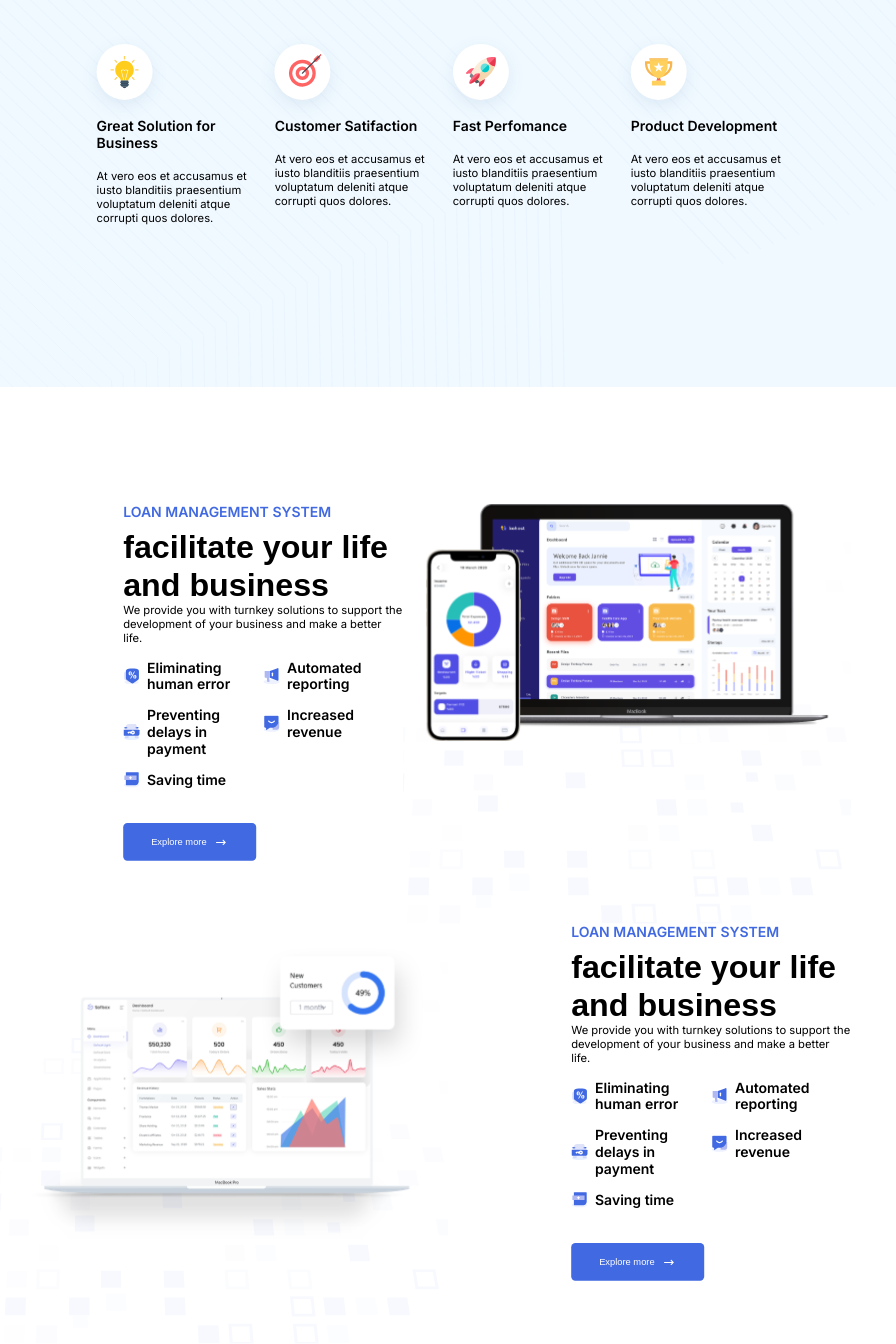
Repository: Chamsmey/static-html-css
Page: index.html
An editor plug-in stored every save of this project. The page is shown before and after the next save, followed by the edit.
The browser window is 1280 px wide. The pictures show the part of the page from y = 1114 to 3034 px (the page is 3034 px tall), at 70% of full size.
Some web fonts or font styles are not loaded; a fallback is used.

Above is the page before, as saved 2022-11-15 16:48:21.

After the next save:
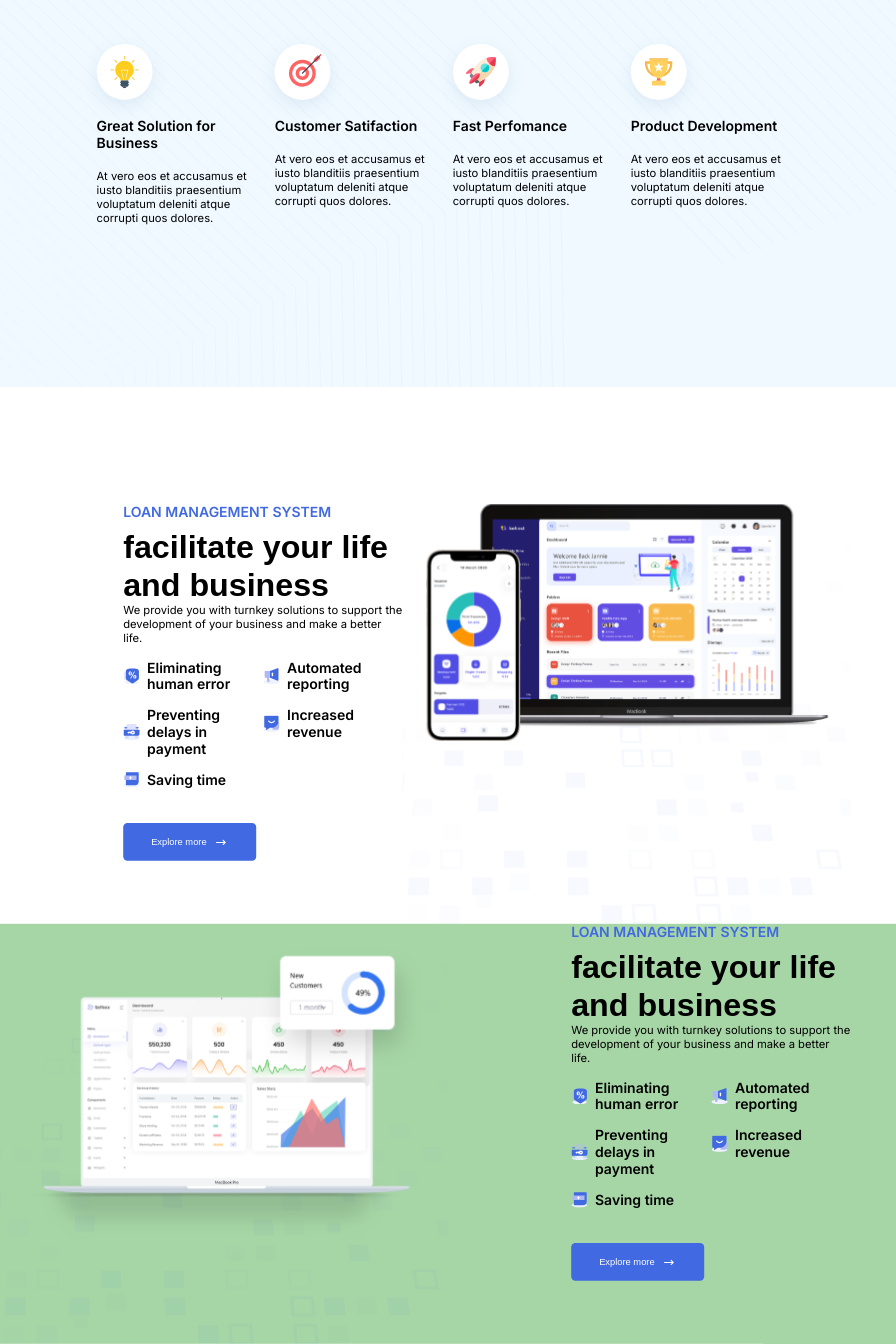
Saved 5 s later.
--- a/index.html
+++ b/index.html
@@ -210,7 +210,7 @@
             </div>
 
         </section>
-        <section id="products" class="products_section">
+        <section id="products" class="products_section bg_green">
             <div class="product_bg">
                 <img src="./images/products/products.svg" alt="">
             </div>
